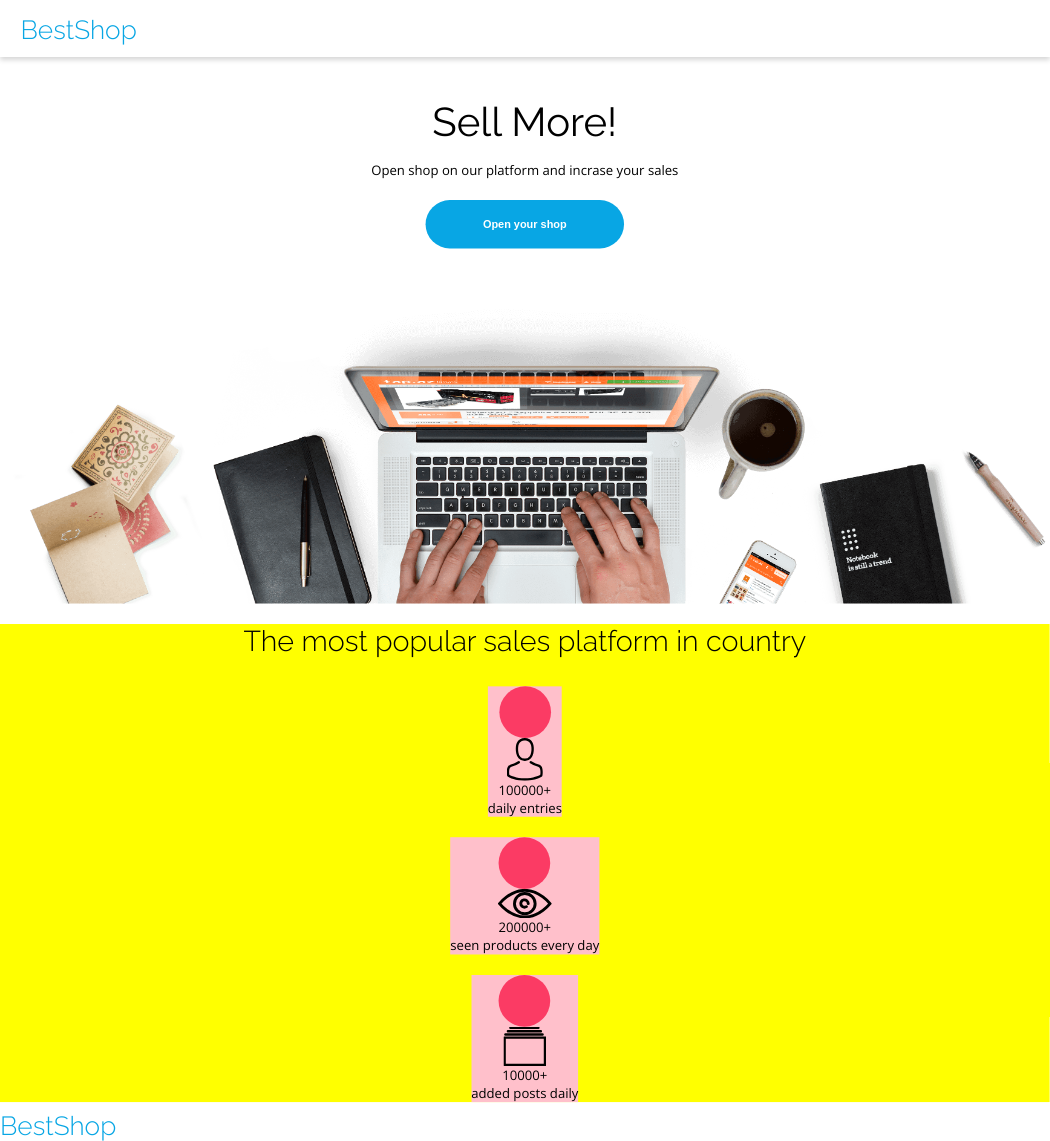
Repository: artwol993/BestShop
Page: index.html
These files come from the project's save history. The page is drawn as it stood at one moment and after the next save; the edit follows.
The browser window is 1280 px wide. The pictures show the whole page, at 82% of full size.
The style sheet was rebuilt from its Sass, Less or Tailwind sources for each picture, by a compiler version that may differ from the author's.

Above is the page before, as saved 2020-05-28 20:04:17.

After the next save:
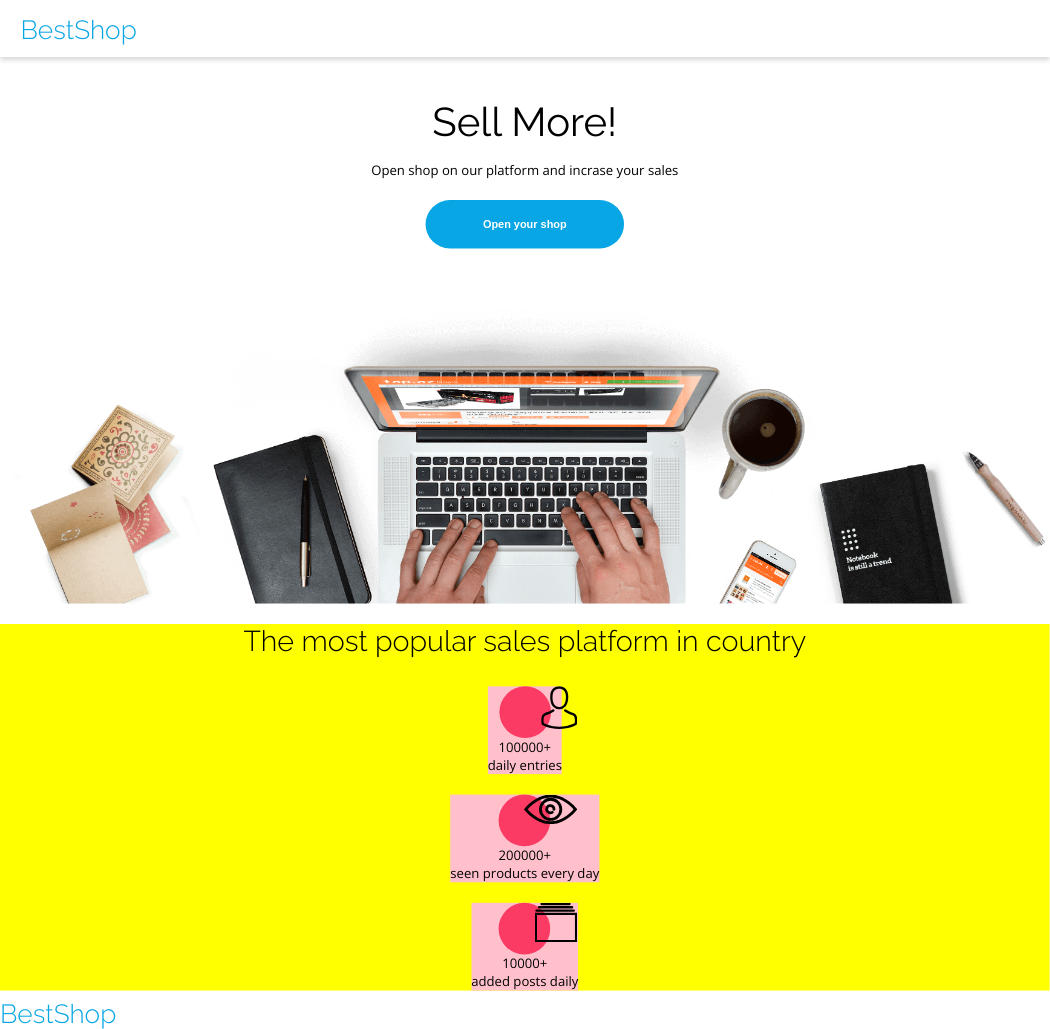
Saved 29 s later.
--- a/scss/main.scss
+++ b/scss/main.scss
@@ -308,8 +308,12 @@
 }
 
 .stats-circle::after {
-  img[class*="stats__img"] {
-    position: absolute;
-    right: 45%;
-  }
-}
+
+}
+
+img[class*="stats__img"] {
+  position: absolute;
+  right: 45%;
+
+
+}
